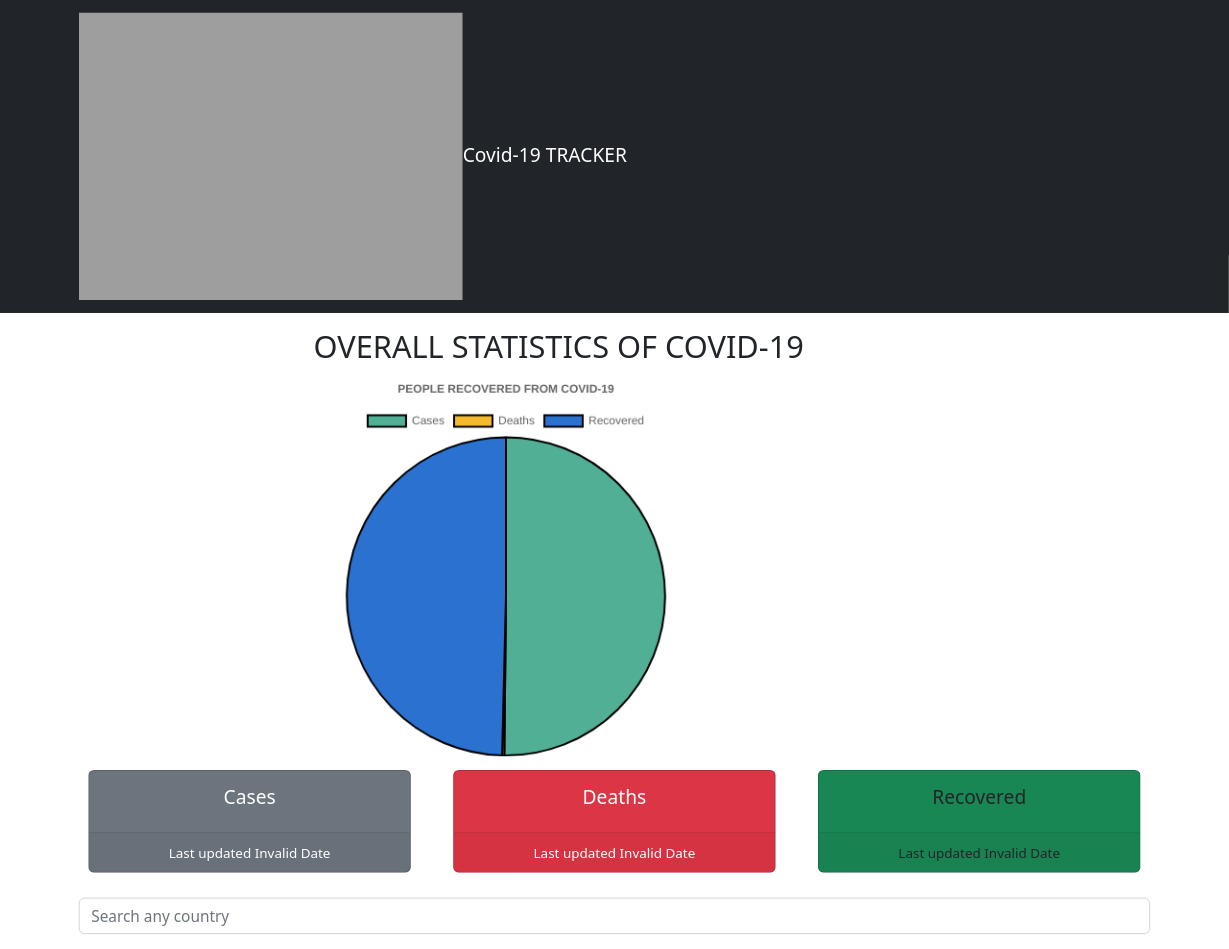
Repository: azizdeghais/CovidTracker
Page: /
The author's editor kept a copy of each file at every save. The page is drawn from the files as they stood at one save, then again after the next save.
The browser window is 1280 px wide. The pictures show the whole page, at 96% of full size.
Pictures or frames that could not be fetched are drawn as grey boxes. The page's requests for data from a server got no answer. The project was rebuilt for these pictures with package versions that can differ from the ones it lists, and the page was loaded fresh each time. No one was signed in, and anything a server would have sent is missing. Also part of the build but not shown: vite.config.js.

Above is the page before, as saved 2023-03-10 20:25:51.

### index.html
<!DOCTYPE html>
<html lang="en">
  <head>
    <meta charset="UTF-8" />
    <link rel="icon" type="image/svg+xml" href="/vite.svg" />
    <meta name="viewport" content="width=device-width, initial-scale=1.0" />
    <title>Covid-19 Tracker</title>

  </head>
  <body>
    <div id="root"></div>
    <script type="module" src="/src/main.jsx"></script>
  </body>
</html>

### src/main.jsx
import React from 'react'
import ReactDOM from 'react-dom/client'
import App from './App'
import 'bootstrap/dist/css/bootstrap.min.css';


ReactDOM.createRoot(document.getElementById('root')).render(
  <React.StrictMode>
    <App />
  </React.StrictMode>,
)

### src/App.jsx
import React, { useEffect,useState } from 'react'

import Chart from "chart.js/auto";
import { CategoryScale } from "chart.js";
import PieChart from './components/PieChart';
import { Data } from './utils/Data';


import axios from 'axios'
import Container from 'react-bootstrap/Container';
import Row from 'react-bootstrap/Row';
import Col from 'react-bootstrap/Col';
import Card from 'react-bootstrap/Card';
import Stack from 'react-bootstrap/Stack';
import Form from 'react-bootstrap/Form';



import './App.css'
import Nav from './components/Nav';



Chart.register(CategoryScale);


function App() {

  const [chartData, setChartData] = useState({
    labels: Data.map((data) => data.year),
    datasets: [
      {
        label: "Users Gained ",
        data: Data.map((data) => data.userGain),
        backgroundColor: [
          "#50AF95",
          "#f3ba2f",
          "#2a71d0"
        ],
        borderColor: "black",
        borderWidth: 2
      }
    ]
  })
  const [latest,setLatest]=useState([])
  const [results,setResults]=useState([])
  const [searchCountries,setSearchCountries]=useState('')


  useEffect(()=>{
    axios.all([
      axios.get('https://corona.lmao.ninja/v3/covid-19/all'),
      axios.get('https://corona.lmao.ninja/v3/covid-19/countries')
  ])

    .then(resArr=>{
           setLatest(resArr[0].data)
           setResults(resArr[1].data)
    })
    .catch(err=>{
      console.log(err)
    })
  },[])

  const date=new Date(parseInt(latest.updated));
  const lastUpdated=date.toString();

  const filterCountries=results.filter(item=>{
    return searchCountries !== ''
     ? item.country.includes(searchCountries)
     : item
   })

   const countries = filterCountries.map((data,i)=>{
    return (
      <Card
      key={i}
      bg='light'
      text='dark'
      className='text-center'
      style={{margin:'10px'}}
      >
        <Card.Img variant='top' src={data.countryInfo.flag} />
      <Card.Body>
        <Card.Title>{data.country}</Card.Title>
        <Card.Text>Cases: {data.cases}</Card.Text>
        <Card.Text>Deaths: {data.deaths}</Card.Text>
        <Card.Text>Recovered: {data.recovered}</Card.Text>
        <Card.Text>Today's cases: {data.todayCases}</Card.Text>
        <Card.Text>Today's deaths: {data.todayDeaths}</Card.Text>
        <Card.Text>Active {data.active}</Card.Text>


      </Card.Body>

      </Card>

    )
   })




  return (
    <>
    <Nav/>
    <Container>
    <div  style={{width:'1000px',height:'400px',marginBottom:'50px',display:'flex',flexDirection:'row',justifyContent:'center'}}>
        <PieChart chartData={chartData}/>
    </div>

      <Row className='mb-3'>
        <Col>
          <Card className='text-center' bg='secondary' text='white' style={{margin:'10px'}} >
            <Card.Body>
              <Card.Title>Cases</Card.Title>
              <Card.Text>
                {latest.cases}
              </Card.Text>
            </Card.Body>
            <Card.Footer>
              <small>Last updated {lastUpdated}</small>
            </Card.Footer>
          </Card>
        </Col>
        <Col>
          <Card className='text-center' bg='danger' text='white' style={{margin:'10px'}}>
            <Card.Body>
              <Card.Title>Deaths</Card.Title>
              <Card.Text>
                {latest.deaths}
              </Card.Text>
            </Card.Body>
            <Card.Footer>
            <small>Last updated {lastUpdated}</small>

            </Card.Footer>
          </Card>
        </Col>
        <Col>
          <Card className='text-center' bg='success' style={{margin:'10px'}} >
            <Card.Body>
              <Card.Title>Recovered</Card.Title>
              <Card.Text>
               {latest.recovered}
              </Card.Text>
            </Card.Body>
            <Card.Footer>
            <small>Last updated {lastUpdated}</small>

            </Card.Footer>
          </Card>
        </Col>
      </Row>
      <Form className='mb-3'>
      <Form.Group >
        <Form.Control
         type='text'
         placeholder='Search any country'
         onChange={e=> setSearchCountries(e.target.value)} />
      </Form.Group>
      </Form>
      <div className='countries-list'>
      {countries}
      </div>


    </Container>
    </>
  )
}

export default App

### src/components/PieChart.jsx
import React from "react";
import { Pie } from "react-chartjs-2";

function PieChart({ chartData }) {
  return (
    <div className="chart-container">
      <h2 style={{ textAlign: "center" }}>OVERALL STATISTICS OF COVID-19 </h2>
      <Pie
        data={chartData}
        options={{
          plugins: {
            title: {
              display: true,
              text: "PEOPLE RECOVERED FROM COVID-19"
            }
          }
        }}
       width={600}
       height={100}
      />
    </div>
  );
}
export default PieChart;

### src/utils/Data.js
export const Data = [
    {
      id: 1,
      year: 'Cases',
      userGain: 38249060,
    },
    {
      id: 2,
      year: 'Deaths',
      userGain: 168935,
    },
    {
      id: 3,
      year: 'Recovered',
      userGain: 37839100,
    },

  ];

### src/App.css
.countries-list{
    display:flex;
    flex-direction:row;
    width: '1000px';
    flex-wrap: wrap;
    justify-content: space-between;
}

### src/components/Nav.jsx
import React from 'react'
import Container from 'react-bootstrap/Container';
import Navbar from 'react-bootstrap/Navbar';

const Nav = () => {
  return (
    <>

    <Navbar bg="dark" variant="dark" className='mb-3'>
      <Container>
        <Navbar.Brand href="#home">
        <img src="https://img.icons8.com/color/48/null/coronavirus--v1.png"/>
          Covid-19 TRACKER
        </Navbar.Brand>
      </Container>
    </Navbar>
  </>
  )
}

export default Nav

After the next save:
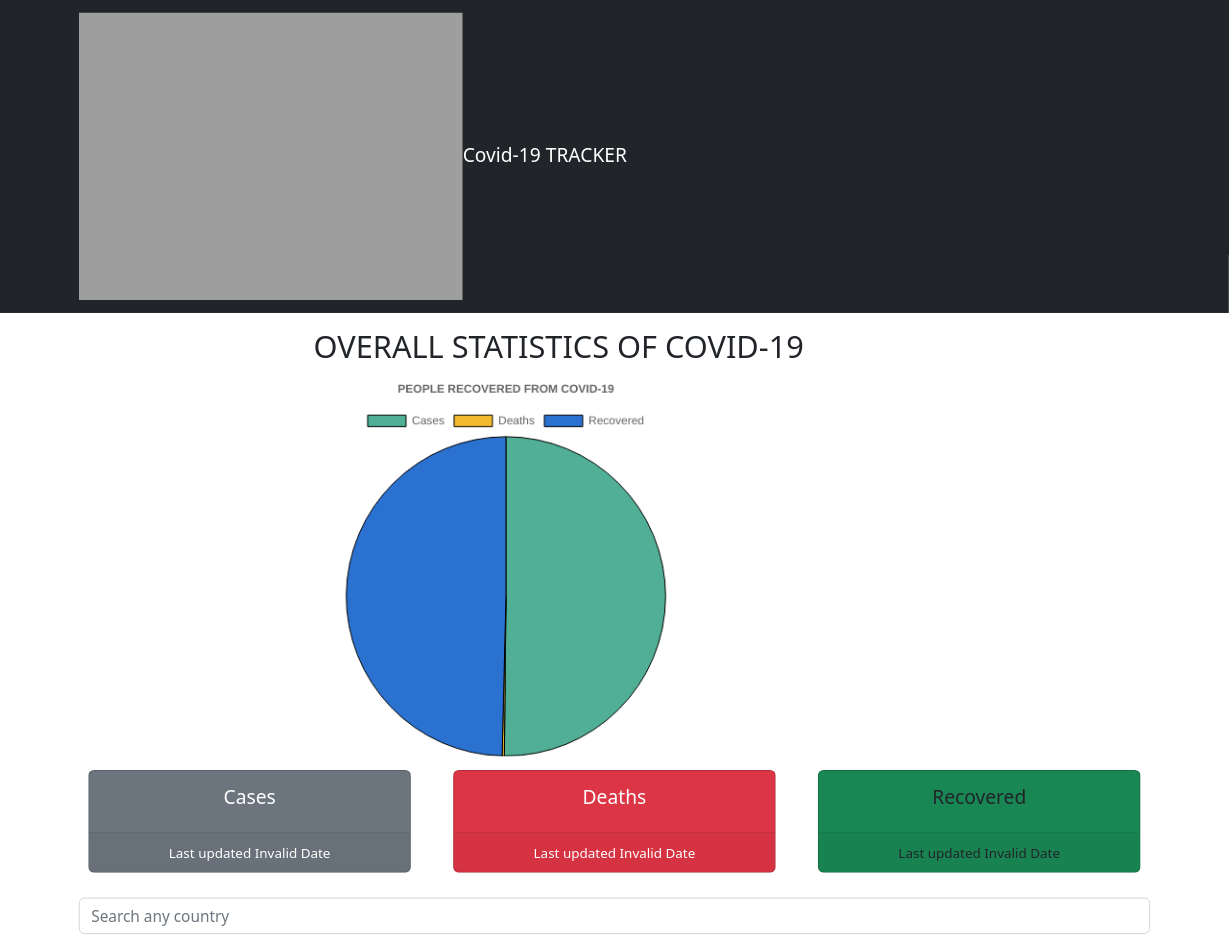
Saved 47 s later.
--- a/src/App.jsx
+++ b/src/App.jsx
@@ -38,7 +38,7 @@ function App() {
           "#2a71d0"
         ],
         borderColor: "black",
-        borderWidth: 2
+        borderWidth: 1
       }
     ]
   })
